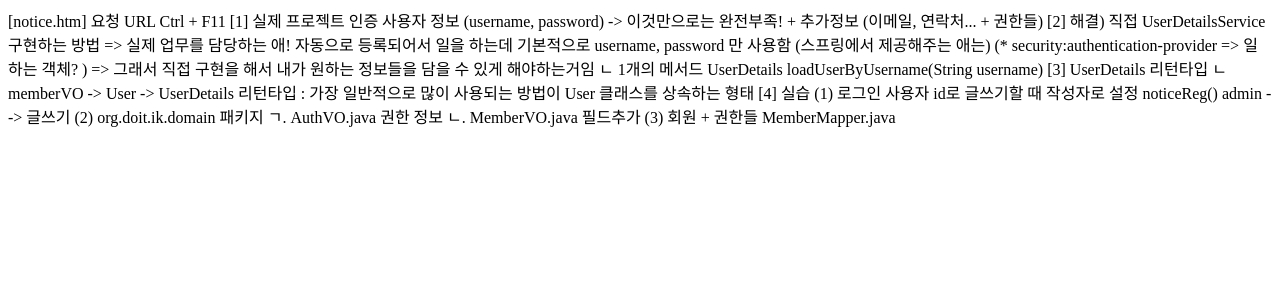
Repository: Vida0822/-
Page: SL11_SECURITY3_USERDETAILSSERVICE/src/main/webapp/customer/notice.htm
The author's editor kept a copy of each file at every save. The page is drawn from the files as they stood at one save, then again after the next save.
The browser window is 1280 px wide. The pictures show the whole page.

Above is the page before, as saved 2023-07-05 02:27:57.

After the next save:
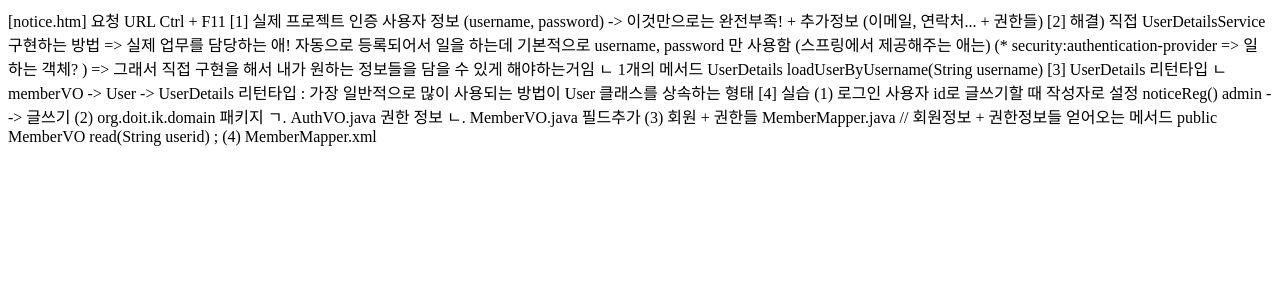
Saved 31 s later.
--- a/SL11_SECURITY3_USERDETAILSSERVICE/src/main/webapp/customer/notice.htm
+++ b/SL11_SECURITY3_USERDETAILSSERVICE/src/main/webapp/customer/notice.htm
@@ -26,3 +26,7 @@ Ctrl + F11
 		ㄴ. MemberVO.java 필드추가
 
 	(3) 회원 + 권한들 MemberMapper.java
+	 // 회원정보 + 권한정보들 얻어오는 메서드
+   public MemberVO read(String userid) ;
+
+   (4) MemberMapper.xml
